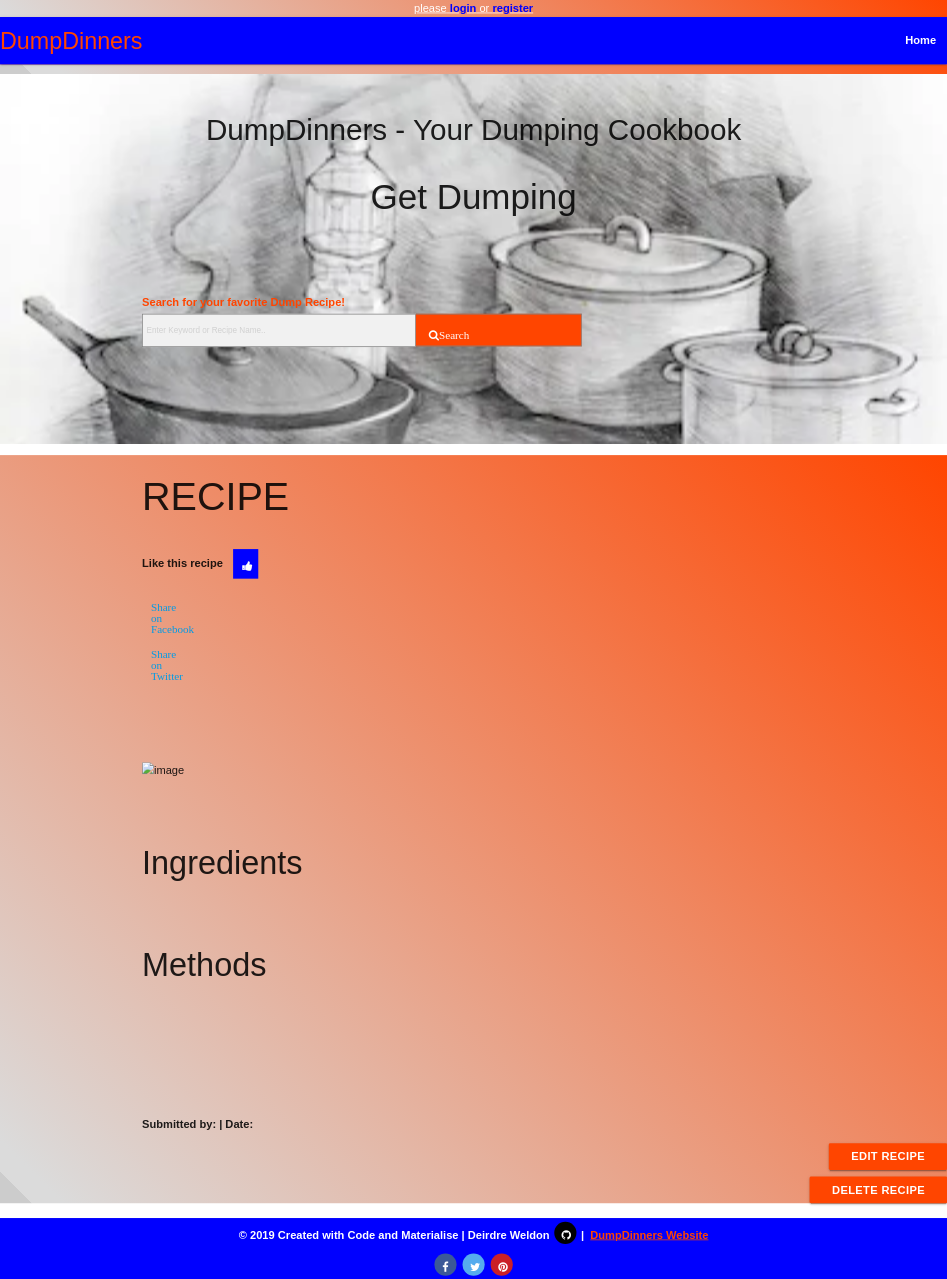
Repository: Deirdre18/dumpdinners-recipe-app
Page: templates/recipe.html
The author's editor kept a record of every edit. The page is drawn from the files as they stood at one moment, then again after the next edit.
The browser window is 1280 px wide. The pictures show the whole page, at 74% of full size.
Some web libraries are served in a nearby version. The page is served by the project's application, run on Flask 3 (app.py). The template is opened directly, without the code that normally fills it, so the values that code supplies are empty.

Above is the page before.

After the next edit:
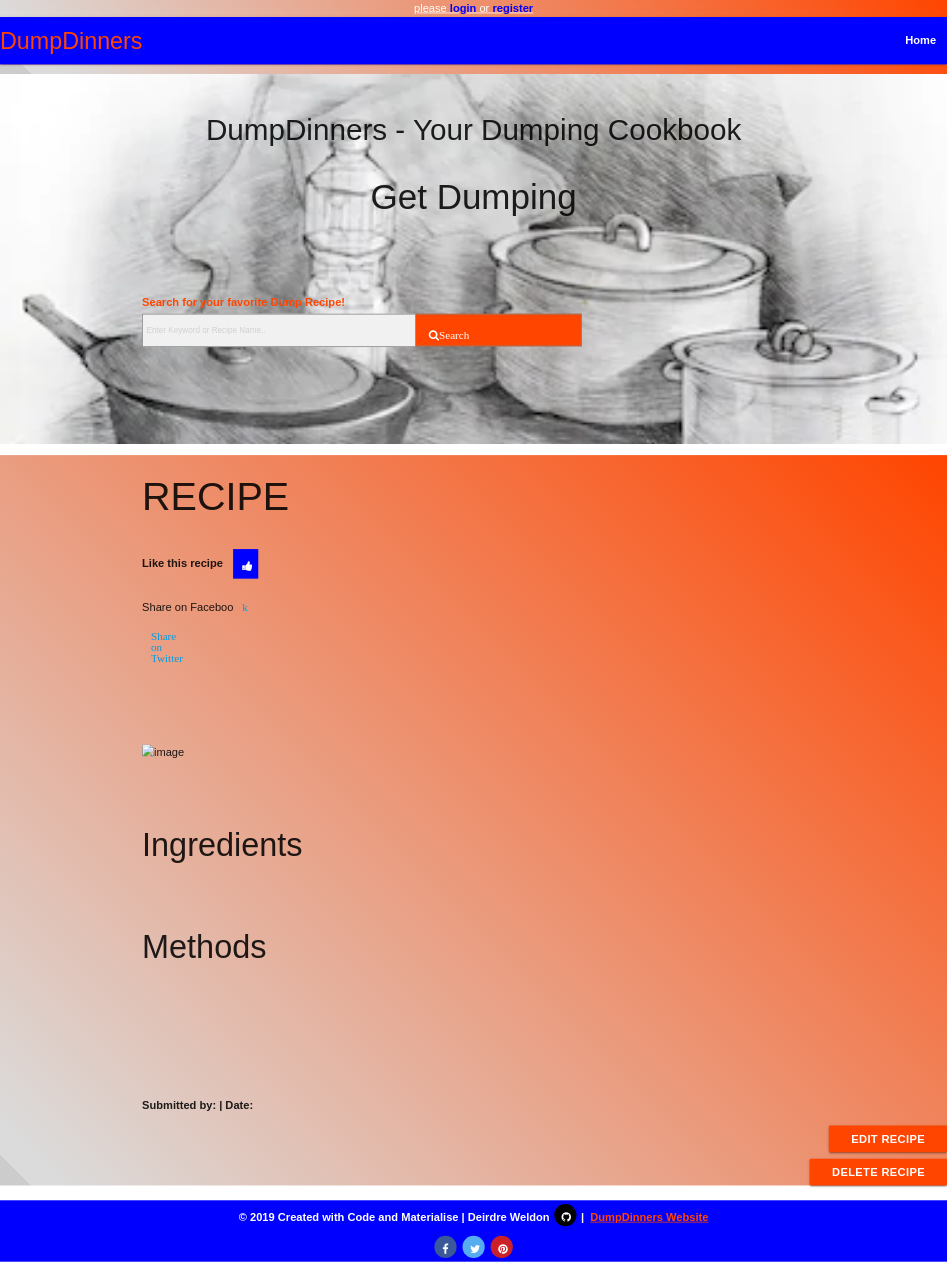
The edit:
--- a/templates/recipe.html
+++ b/templates/recipe.html
@@ -35,7 +35,7 @@
 
 			<ul>
 				<li>
-					<a href="https://www.facebook.com/sharer/sharer.php?u="><i class="fa facebook" aria-hidden="true">Share on Facebook</i></a>
+					Share on Faceboo<a href="https://www.facebook.com/sharer/sharer.php?u="><i class="fa facebook" aria-hidden="true">k</i></a>
 				</li>
 
 				<li>
